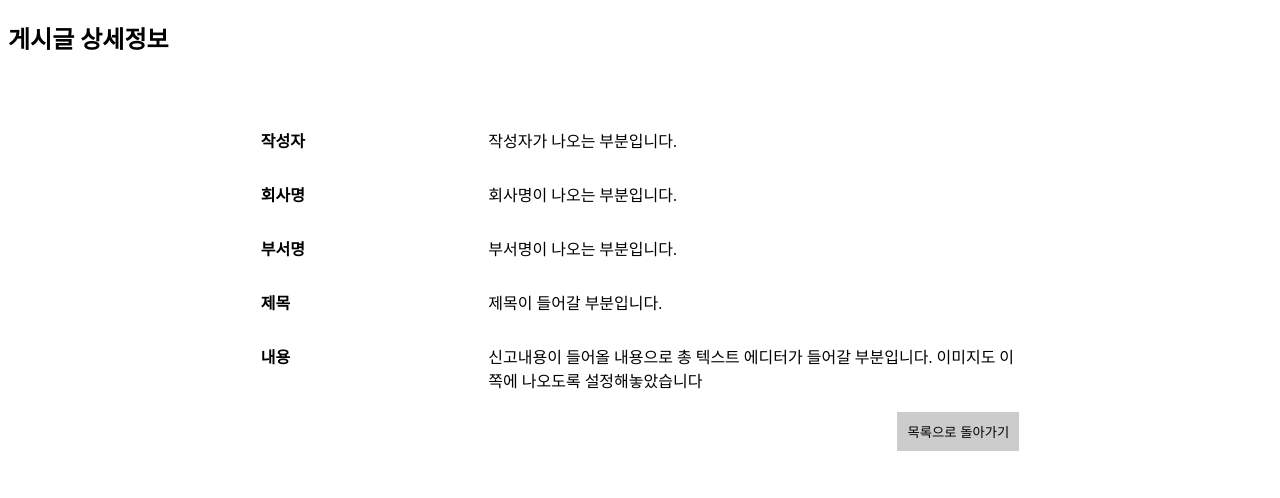
Repository: thdtjdgml415/exVoc
Page: /postView/1
The author's editor kept a copy of each file at every save. The page is drawn from the files as they stood at one save, then again after the next save.
The browser window is 1280 px wide. The pictures show the whole page.
The project was rebuilt for these pictures with package versions that can differ from the ones it lists, and the page was loaded fresh each time. Also part of the build but not shown: src/components/table/CommonTable.css, src/components/table/CommonTable.js, src/components/table/CommonTableColumn.js, src/components/table/CommonTableRow.js, src/components/table/CommonTableWriteBtn.js, src/Page/PostList.js, src/Page/PostMain.js, src/Page/registration.css and 7 more.

Above is the page before, as saved 2023-01-13 15:55:22.

### public/index.html
<!DOCTYPE html>
<html lang="en">
<head>
  <meta charset="UTF-8">
  <meta http-equiv="X-UA-Compatible" content="IE=edge">
  <meta name="viewport" content="width=device-width, initial-scale=1.0">
  <title>게시판</title>
</head>
<body>
  <div id="root"></div>
</body>
</html>

### src/App.js
import { BrowserRouter, Routes,  Route } from 'react-router-dom';
import PostMain from './Page/PostMain';
import PostView from './Page/PostView';
import Registration from './Page/Registration';
import AdminList from './Page/AdminList';
import AdminView from './Page/AdminView';

function App() {
  return (
    <div className='App'>
      <BrowserRouter>
        <Routes>
          <Route path='/' element={<Registration/>}/>
          <Route path='/postView/:no' element={<PostView/>}/>
          <Route path='/PostMain' element= {<PostMain/>}/>
          <Route path='/Page/AdminList' element= {<AdminList/>}/>
          <Route path='/AdminView/:no' element= {<AdminView/>}/>
        </Routes>
      </BrowserRouter>
    </div>
  )
}

export default App;

### src/Page/PostView.js
import React, { useEffect, useState } from 'react';
import { useNavigate, useParams } from 'react-router';
import { getPostByNo } from '../Data';
import './Post.css'


const PostView = ({ }) => {
  const [ data, setData ] = useState({});
  const navigator = useNavigate();
  const { no } = useParams();


    useEffect(() => {
      setData(getPostByNo(no));
    }, [ ]);

  return (
    <>
      <h2 align="left">게시글 상세정보</h2>
      <div className="post-view-wrapper">
          <>
            <div className="post-view-row">
              <label>작성자</label>
              <label>작성자가 나오는 부분입니다.</label>
            </div>
            <div className="post-view-row">
              <label>회사명</label>
              <label>회사명이 나오는 부분입니다.</label>
            </div>
            <div className="post-view-row">
              <label>부서명</label>
              <label>부서명이 나오는 부분입니다.</label>
            </div>
            <div className="post-view-row">
              <label>제목</label>
              <label>제목이 들어갈 부분입니다.</label>
            </div>
            <div className="post-view-row">
              <label>내용</label>
              <label>신고내용이 들어올 내용으로 총 텍스트 에디터가 들어갈 부분입니다. 이미지도 이쪽에 나오도록 설정해놓았습니다</label>
            </div>
          </>
        <div className='post-view-btn-wrap'>
          <button className="post-view-go-list-btn" onClick={() => navigator(-1)}>목록으로 돌아가기</button>
        </div>
      </div>
    </>
  )
}

export default PostView;

### src/Data.js
const postList = [
    {
        "no": 1,
        "title": "첫번째 게시글입니다.",
        "content": "첫번째 게시글 내용입니다.",
        "createDate": "2023-01-12"
      },
      {
        "no": 2,
        "title": "두번째 게시글입니다.",
        "content": "두번째 게시글 내용입니다.",
        "createDate": "2023-01-12"
      },
      {
        "no": 3,
        "title": "세번째 게시글입니다.",
        "content": "세번째 게시글 내용입니다.",
        "createDate": "2023-01-12"
      },
      {
        "no": 4,
        "title": "네번째 게시글입니다.",
        "content": "네번째 게시글 내용입니다.",
        "createDate": "2023-01-12"
      },
      {
        "no": 5,
        "title": "다섯번째 게시글입니다.",
        "content": "다섯번째 게시글 내용입니다.",
        "createDate": "2023-01-12"
      },
]

const getPostByNo = no => {

    const array = postList.filter(x=>x.no===no);
    if(array.length == 1) {
        return array[1];
    }
    return null;
}

export {
    postList,
    getPostByNo
};

### src/Page/Post.css
.PostList-Wrap {
  padding-top: 10vw;

}

.post-view-wrapper {
    width: 60%;
    margin: 0 auto;
    margin-top: 5%;
  }
  .post-view-btn-wrap {
    display: flex;
    justify-content: flex-end;
  }
  .post-view-go-list-btn {
    border: 0;
    padding: 10px;
    background-color: #ccc;
  }

  .post-view-row {
    margin: 10px 0;
    display: flex;
  }

  .post-view-row > label:first-child {
    margin: 10px 0;
    width: 30%;
    font-weight: bold;
  }

  .post-view-row > *:nth-child(2) {
    margin: 10px 0;
    width: 70%;
  }

### src/components/modal/common.css
#container {
  display: flex;
  flex: 1;
  justify-content: center;
}

html {
  background-color: white;
}

h3 {
  padding: 0;
  -webkit-text-size-adjust: none;
}

h1 {
  padding: 20px 30px;

  border-bottom: 1px solid #ccc;

}

Loaded but not shown: src/index.js (common file)

After the next save:
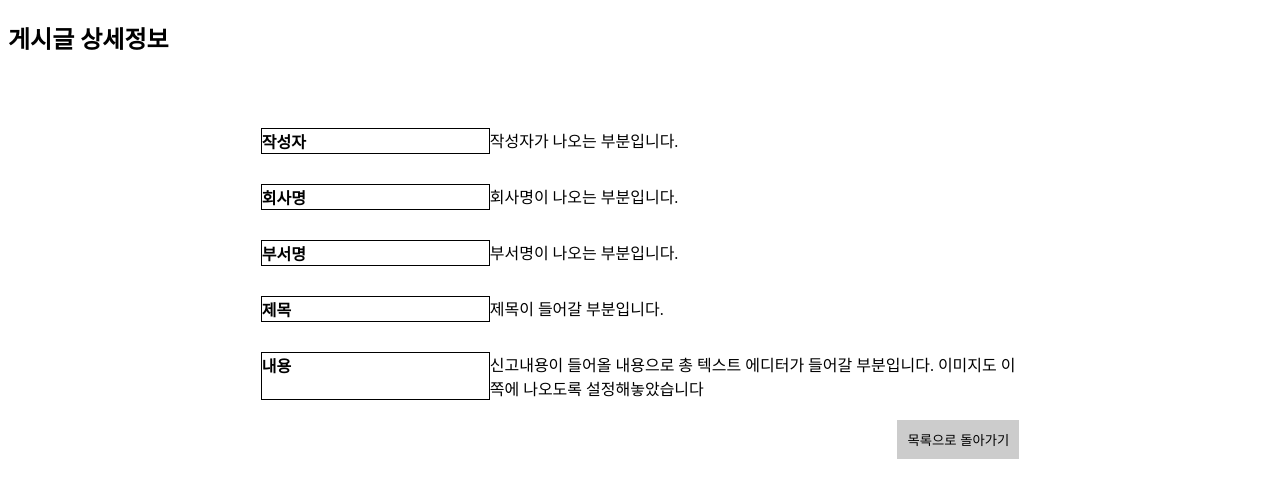
Saved 35 s later.
--- a/src/Page/Post.css
+++ b/src/Page/Post.css
@@ -33,3 +33,7 @@
     margin: 10px 0;
     width: 70%;
   }
+
+  .post-view-row > label:first-child {
+    border: 1px solid #000;
+  }

After the save that followed:
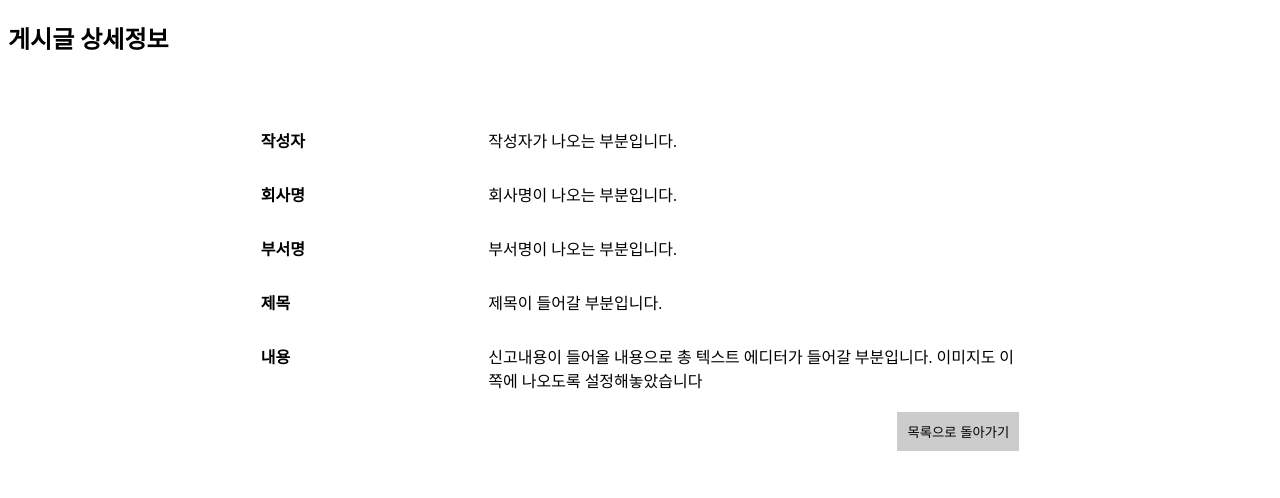
Saved 23 s later.
--- a/src/Page/Post.css
+++ b/src/Page/Post.css
@@ -33,7 +33,3 @@
     margin: 10px 0;
     width: 70%;
   }
-
-  .post-view-row > label:first-child {
-    border: 1px solid #000;
-  }
